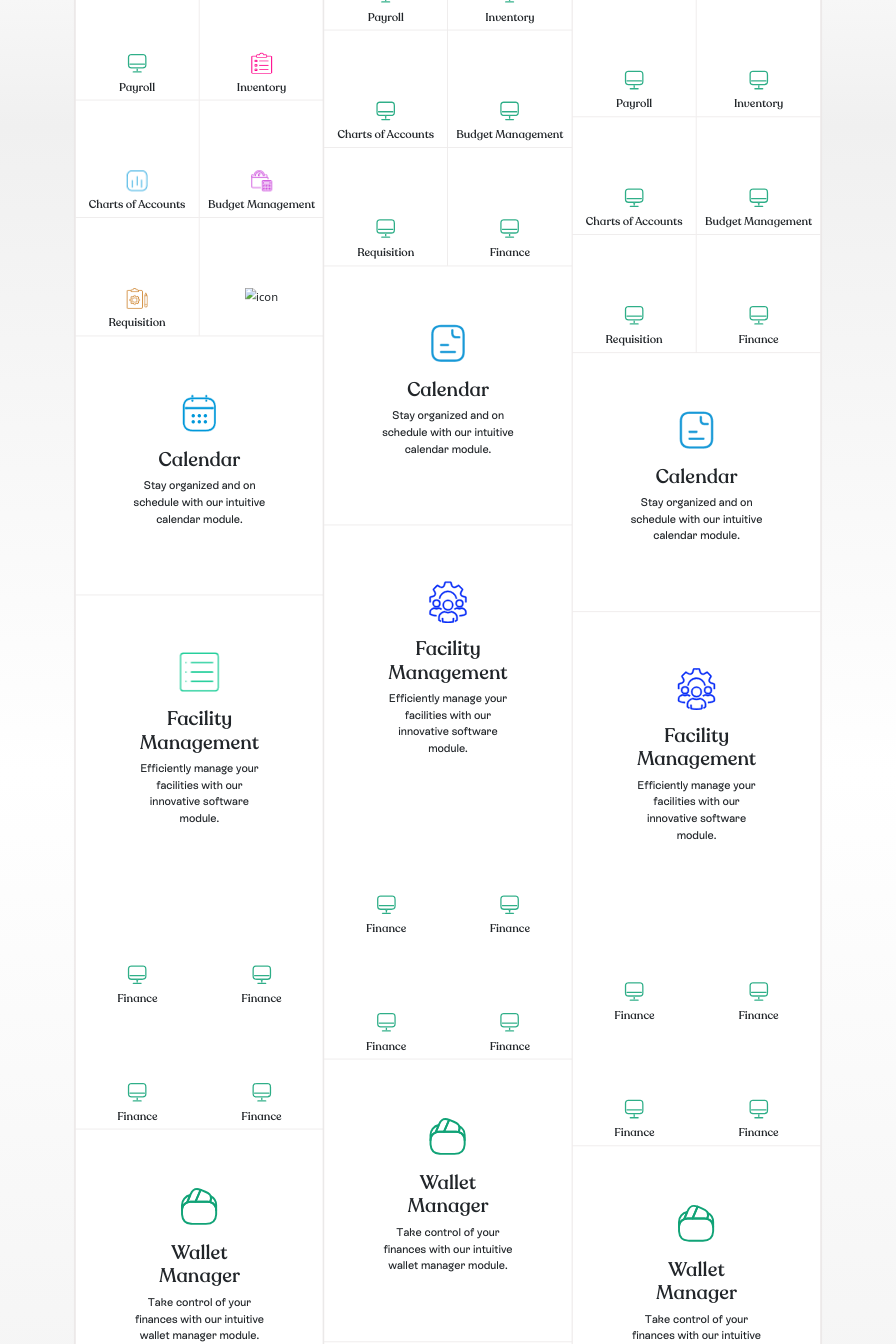
Repository: sarahnnanyelugo/educare-web
Page: /
These files come from the project's save history. The page is drawn as it stood at one moment and after the next save; the edit follows.
The browser window is 1280 px wide. The pictures show the part of the page from y = 3468 to 5388 px (the page is 7665 px tall), at 70% of full size.
The project was rebuilt for these pictures with package versions that can differ from the ones it lists, and the page was loaded fresh each time.

Above is the page before, as saved 2023-04-07 01:23:14.

After the next save:
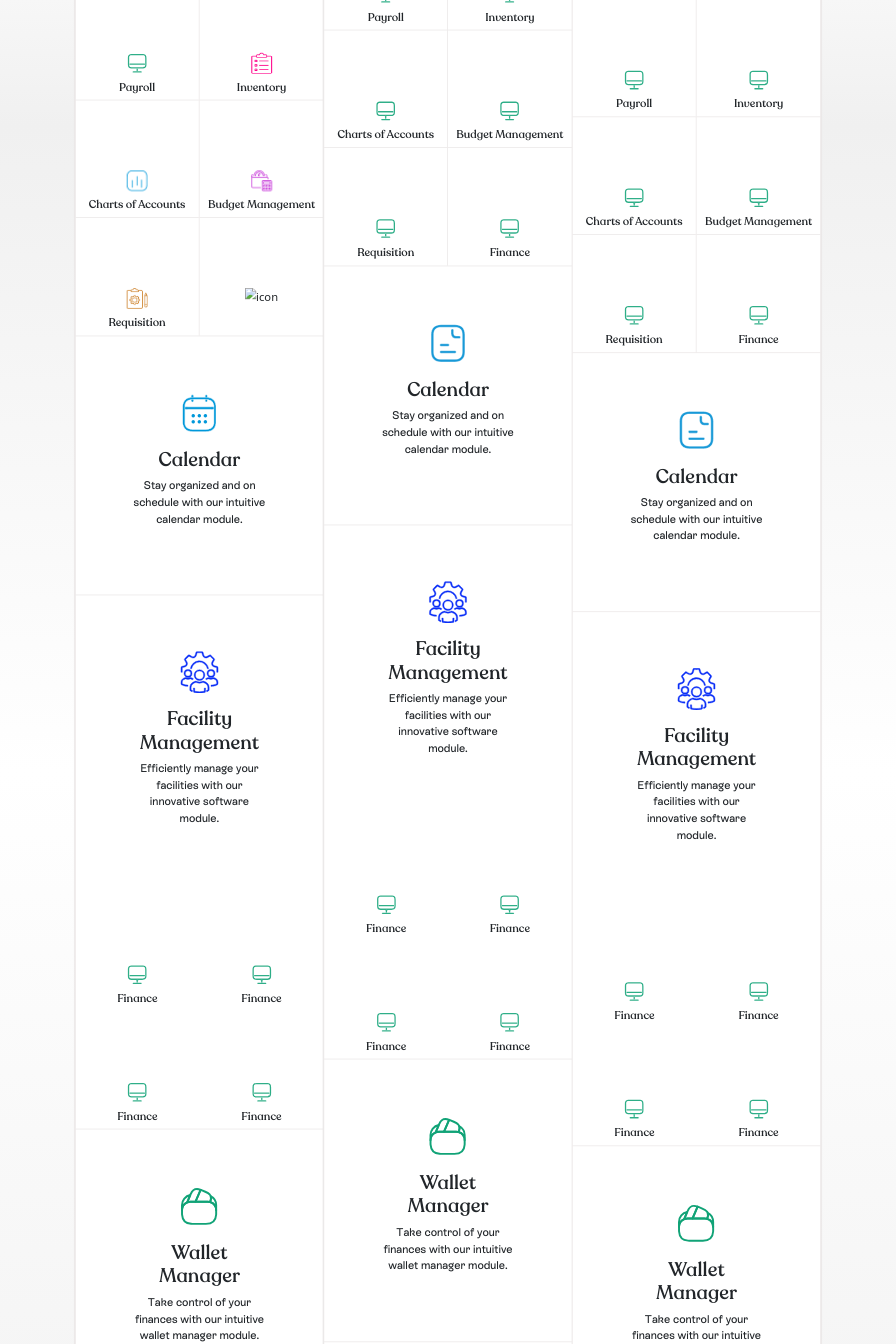
Saved 15 s later.
--- a/src/pages/Home/Home.tsx
+++ b/src/pages/Home/Home.tsx
@@ -293,7 +293,7 @@ export const Home = () => {
               <EducareProducts
                 productName="Facility Management"
                 productDetail="Efficiently manage your facilities with our innovative software module."
-                productIcon={Facility}
+                productIcon={People}
               />
             </div>
             <div className="col-md-12 flexy flexyM ">
